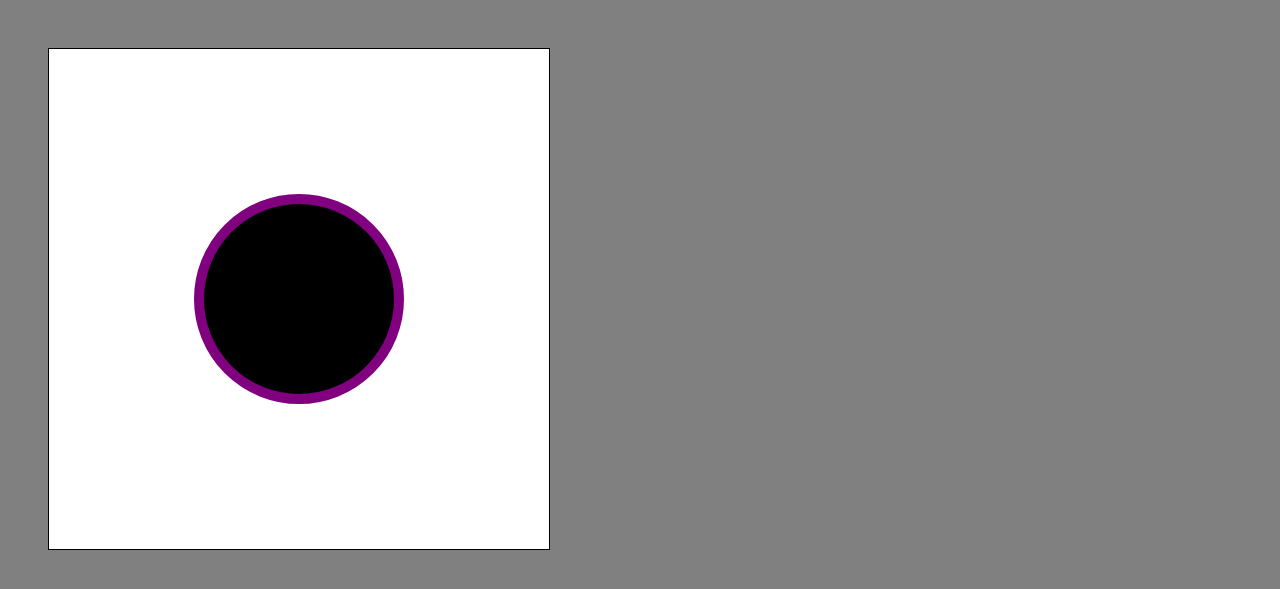
Repository: albinsabu2023/Stopwatch-program
Page: index.html
These files come from the project's save history. The page is drawn as it stood at one moment and after the next save; the edit follows.
The browser window is 1280 px wide. The pictures show the whole page.

Above is the page before, as saved 2023-03-03 22:20:24.

### index.html
<!DOCTYPE html>

<head>
    <meta charset="UTF-8">
    <meta http-equiv="X-UA-Compatible" content="IE=edge">
    <meta name="viewport" content="width=device-width, initial-scale=1.0">
    <link rel="stylesheet" href="style.css">
    <title>Document</title>
</head>

   <canvas id ="canvas" width="500" height="500"></canvas>
    <script src="index.js"></script>
</body>
</html>

### style.css
body{
color:white;
background-color: gray;
}

#canvas{
    border:1px solid black;
    background-color: white;
    margin: 40px;

}

### index.js
//canvas api

//DRAW LINES
// let can = document.getElementById("canvas");
// let context = can.getContext("2d");
// context.lineWidth = 10;
// context.strokeStyle = "purple";
// context.beginPath();
// context.moveTo(0, 0);
// context.lineTo(250, 250);
// context.lineTo(500, 0);
// context.moveTo(250, 250);
// context.lineTo(250, 500);

// context.stroke();

//DRAW TRIANGLE
//  <canvas id="canvas" width="500" height="500"></canvas>;
// let can = document.getElementById("canvas");
// let context = can.getContext("2d");
// context.beginPath();
// context.lineWidth = 2;
// context.moveTo(0, 250);
// context.lineTo(250, 0);
// context.lineTo(500, 250);
// context.lineTo(250, 250);
// context.lineTo(0, 250);
// context.fillStyle = "red";
// context.fill();
// context.stroke();

//DRAW RETANGLE
//  <canvas id="canvas" width="500" height="500"></canvas>;
// let can = document.getElementById("canvas");
// let context = can.getContext("2d");
// context.strokeRect(0, 0, 250, 250);

//DRAW CIRCLE

let can = document.getElementById("canvas");
//context.arc(startcord x,startcord y,radius,start angle,end angle,)

let context = can.getContext("2d");

context.arc(250, 250, 100, 0, 2 * Math.PI);
context.fill();
context.lineWidth = 10;
context.strokeStyle = "purple";
context.fillStyle = "cyan";

context.stroke();

After the next save:
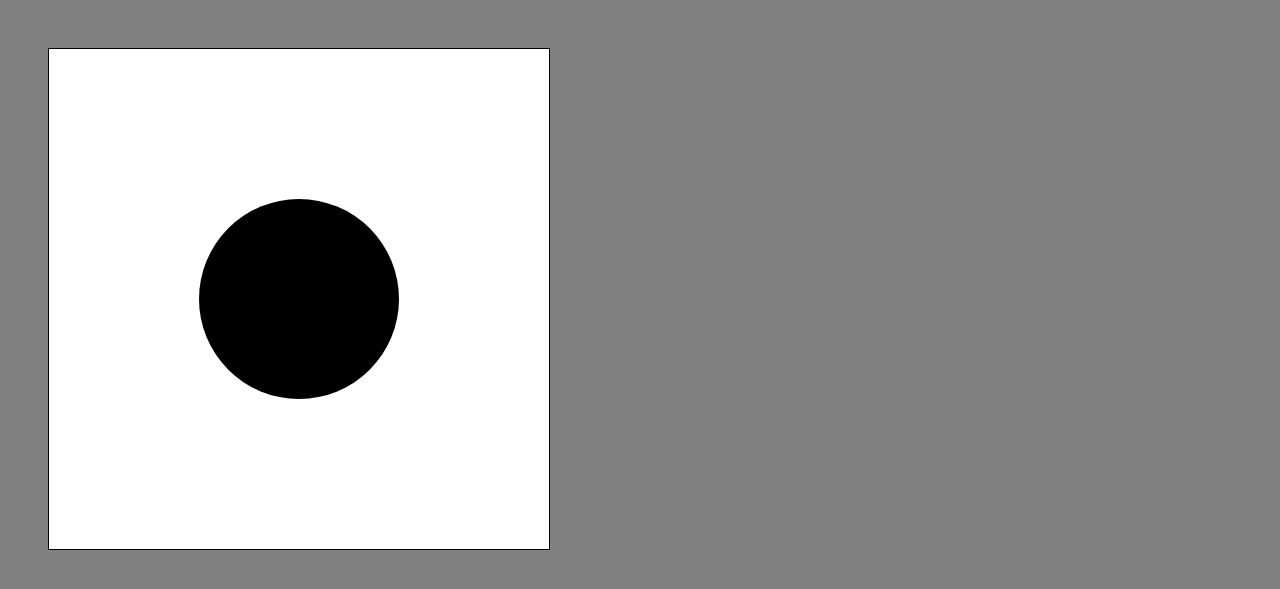
Console error: TypeError: context.fillStyle is not a function
Saved 6 s later.
--- a/index.js
+++ b/index.js
@@ -46,6 +46,6 @@
 context.fill();
 context.lineWidth = 10;
 context.strokeStyle = "purple";
-context.fillStyle = "cyan";
+context.fillStyle() = "cyan";
 
 context.stroke();

After the save that followed:
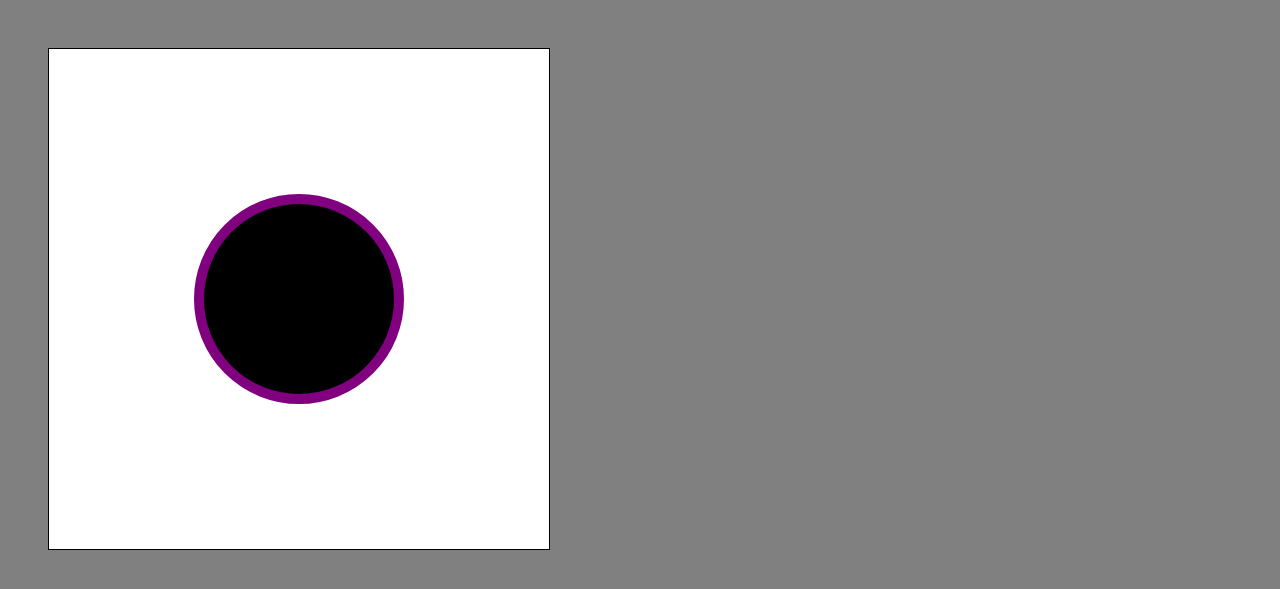
The error is gone.
Saved 8 s later.
--- a/index.js
+++ b/index.js
@@ -46,6 +46,6 @@
 context.fill();
 context.lineWidth = 10;
 context.strokeStyle = "purple";
-context.fillStyle() = "cyan";
+context.fillStyle = "blue";
 
 context.stroke();
